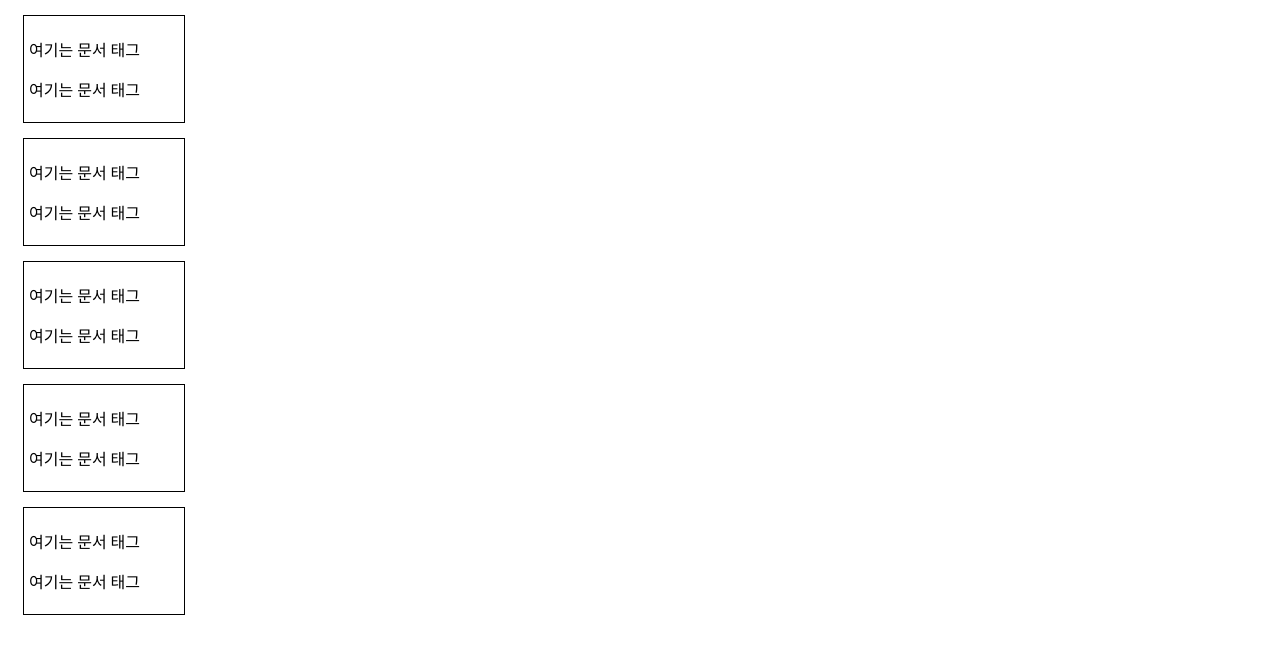
Repository: tjdwlsl/jspstudy
Page: http://localhost/JQuery_Ajax/01_jquery/ex18_DOM.jsp
An editor plug-in stored every save of this project. The page is shown before and after the next save, followed by the edit.
The browser window is 1280 px wide. The pictures show the whole page.
The page is served by Tomcat 9. Other server files are loaded and not shown.

Above is the page before, as saved 2023-07-20 01:41:46.
Console error: SyntaxError: missing ) after argument list

### JQuery_Ajax/src/main/webapp/01_jquery/ex18_DOM.jsp
<%@ page language="java" contentType="text/html; charset=UTF-8"
    pageEncoding="UTF-8"%>
<!DOCTYPE html>
<html>
<head>
<meta charset="UTF-8">
<title>Insert title here</title>
<style type="text/css">
div {
	border: 1px solid black;
	width: 150px;
	padding: 5px;
	margin: 15px;
}
</style>
<%-- jQuery 라이브러리 CDN --%>
<script src="https://ajax.googleapis.com/ajax/libs/jquery/3.7.0/jquery.min.js"></script>
<script type="text/javascript">
//first : 지정한 요소의 첫번째 요소
//last : 지정한 요소의 마지막 요소
//eq(index) : 해다 index에 해당하는 요소
//filter : 선택된 요소들의 일부분을 추출
//not : filter의 반대
$(document).ready(function(){
$("div").first().css("background", "yellow");
$("div").last().css("background", "orange");
$("div").eq(2).css("background", "skyblue","color":"red");
// :odd => 홀수, :even => 짝수
$("div").filter(":odd").css({"background":"red","color":"#ffffff"});
$("div").not(":odd").css({"border":"2px solid gray","color":"#eecc99"});
});
</script>

</head>
<body>
	<div>
		<p>여기는 문서 태그</p>
		<p>여기는 문서 태그</p>
	</div>
	<div>
		<p>여기는 문서 태그</p>
		<p>여기는 문서 태그</p>
	</div>
	<div>
		<p>여기는 문서 태그</p>
		<p>여기는 문서 태그</p>
	</div>
	<div>
		<p>여기는 문서 태그</p>
		<p>여기는 문서 태그</p>
	</div>
	<div>
		<p>여기는 문서 태그</p>
		<p>여기는 문서 태그</p>
	</div>

</body>
</html>

After the next save:
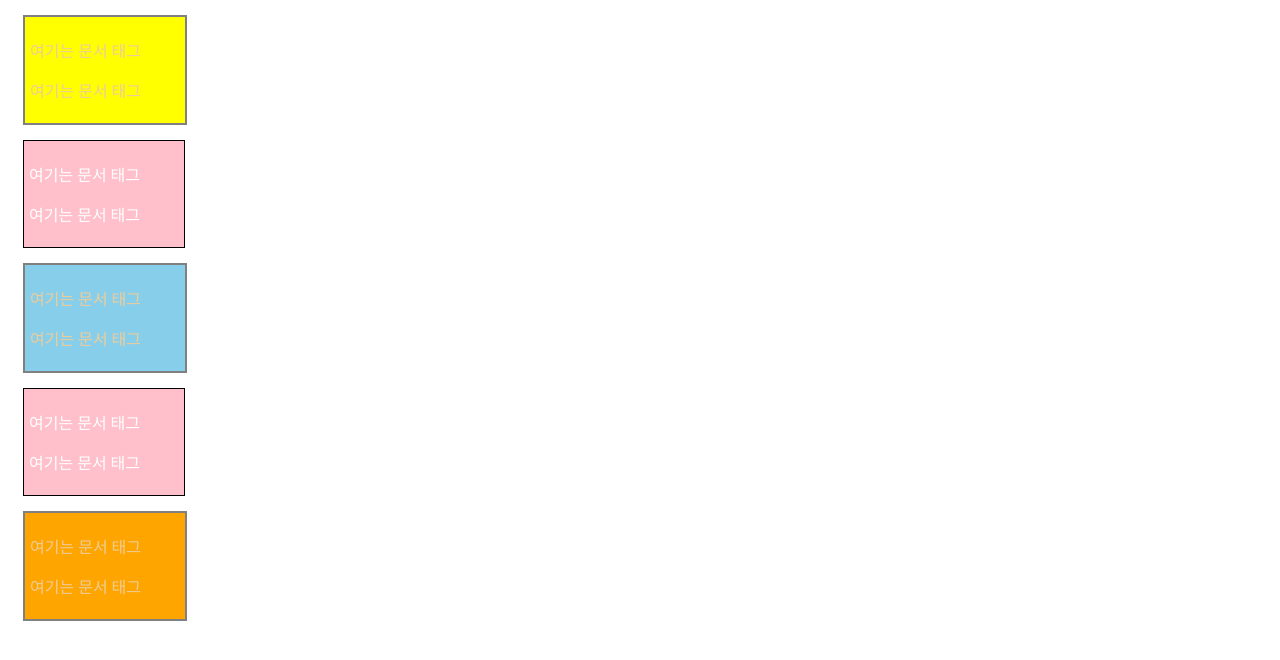
The error is gone.
Saved 18 s later.
--- a/JQuery_Ajax/src/main/webapp/01_jquery/ex18_DOM.jsp
+++ b/JQuery_Ajax/src/main/webapp/01_jquery/ex18_DOM.jsp
@@ -1,10 +1,10 @@
 <%@ page language="java" contentType="text/html; charset=UTF-8"
-    pageEncoding="UTF-8"%>
+	pageEncoding="UTF-8"%>
 <!DOCTYPE html>
 <html>
 <head>
 <meta charset="UTF-8">
-<title>Insert title here</title>
+<title>HTML 탐색(필터링) : first, last, eq, filter, not</title>
 <style type="text/css">
 div {
 	border: 1px solid black;
@@ -14,23 +14,35 @@
 }
 </style>
 <%-- jQuery 라이브러리 CDN --%>
-<script src="https://ajax.googleapis.com/ajax/libs/jquery/3.7.0/jquery.min.js"></script>
+<script
+	src="https://ajax.googleapis.com/ajax/libs/jquery/3.7.0/jquery.min.js"></script>
 <script type="text/javascript">
-//first : 지정한 요소의 첫번째 요소
-//last : 지정한 요소의 마지막 요소
-//eq(index) : 해다 index에 해당하는 요소
-//filter : 선택된 요소들의 일부분을 추출
-//not : filter의 반대
-$(document).ready(function(){
-$("div").first().css("background", "yellow");
-$("div").last().css("background", "orange");
-$("div").eq(2).css("background", "skyblue","color":"red");
-// :odd => 홀수, :even => 짝수
-$("div").filter(":odd").css({"background":"red","color":"#ffffff"});
-$("div").not(":odd").css({"border":"2px solid gray","color":"#eecc99"});
-});
+	//first : 지정한 요소의 첫번째 요소
+	//last : 지정한 요소의 마지막 요소
+	//eq(index) : 해당 index에 해당하는 요소
+	//filter : 선택된 요소들의 일부분을 추출
+	//not : filter의 반대
+
+	$(document).ready(function() {
+		$("div").first().css("background", "yellow");
+	});
+
+	$(document).ready(function() {
+		$("div").last().css("background", "orange");
+	});
+
+	$(document).ready(function() {
+		$("div").eq(2).css({"background": "skyblue", "color" : "red"});
+	});
+
+	// :odd => 홀수 :even => 짝수
+	$(document).ready(function() {
+		$("div").filter(":odd").css({"background": "pink", "color" : "#ffffff"});
+	});
+	$(document).ready(function() {
+		$("div").not(":odd").css({"border" : "2px solid gray", "color" : "#eecc99"});
+	});
 </script>
-
 </head>
 <body>
 	<div>
@@ -53,6 +65,5 @@
 		<p>여기는 문서 태그</p>
 		<p>여기는 문서 태그</p>
 	</div>
-
 </body>
 </html>
